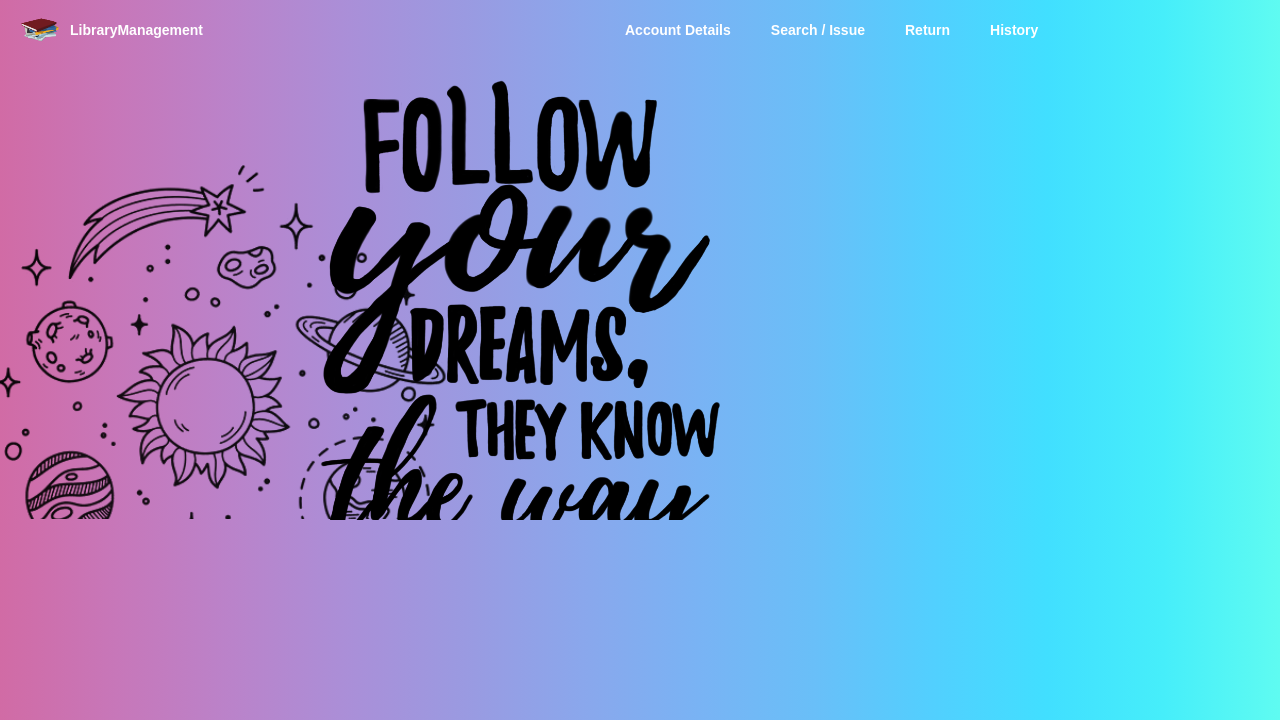
Repository: amitSai12/CMS
Page: http://localhost/LibraryManagementDemo/Menu2.jsp
An editor plug-in stored every save of this project. The page is shown before and after the next save, followed by the edit.
The browser window is 1280 px wide. The pictures show the whole page.
The page is served by Tomcat 9.

Above is the page before, as saved 2023-10-01 21:27:46.

After the next save:
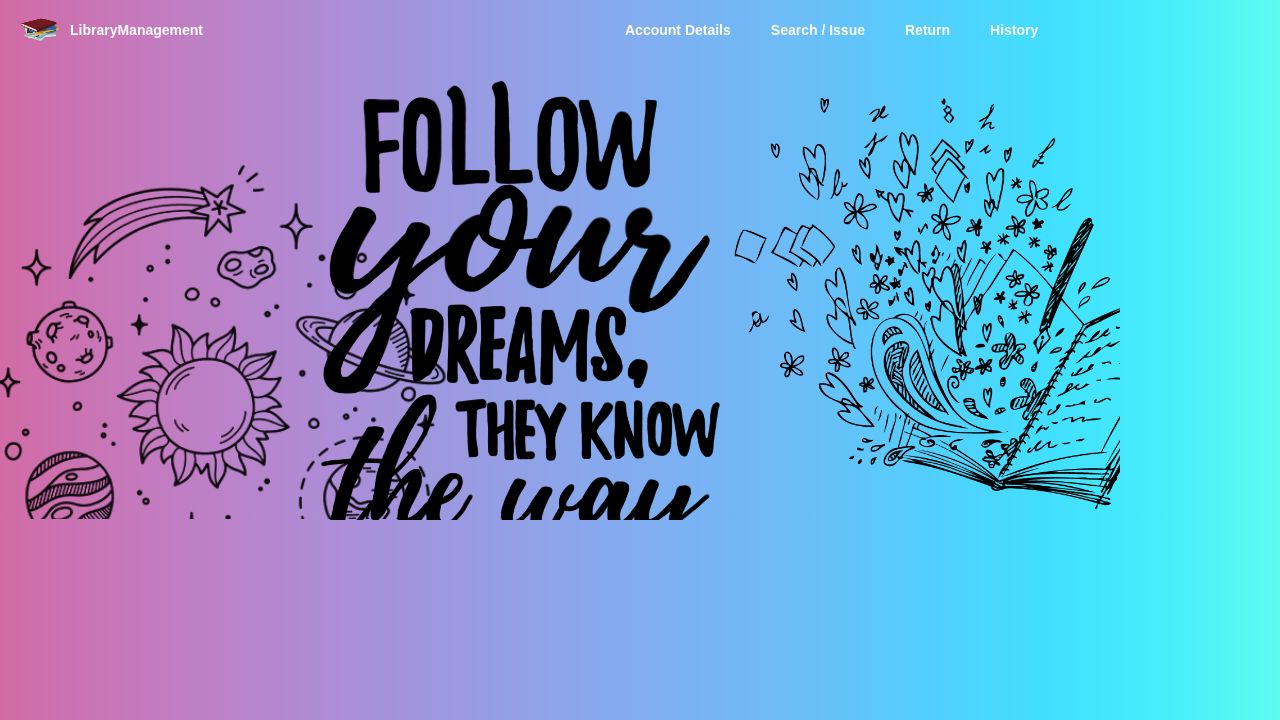
Saved 59 s later.
--- a/Day1_Thu/LibraryManagementDemo/src/main/webapp/menu2.css
+++ b/Day1_Thu/LibraryManagementDemo/src/main/webapp/menu2.css
@@ -96,3 +96,13 @@ body.loaded::before {
     background-image: url('Daco_4922956	.png'); /* Specify the image URL */
     background-size: cover; /* Adjust how the image fits inside the div */
 }
+.imagediv3{
+	margin-left: 400px;
+	margin-bottom: 40px;
+    width: 400px; /* Set the width of the div */
+    height: 440px; /* Set the height of the div */
+
+    background-image: url('pngegg.png'); /* Specify the image URL */
+    background-size: cover; /* Adjust how the image fits inside the div */
+
+}
